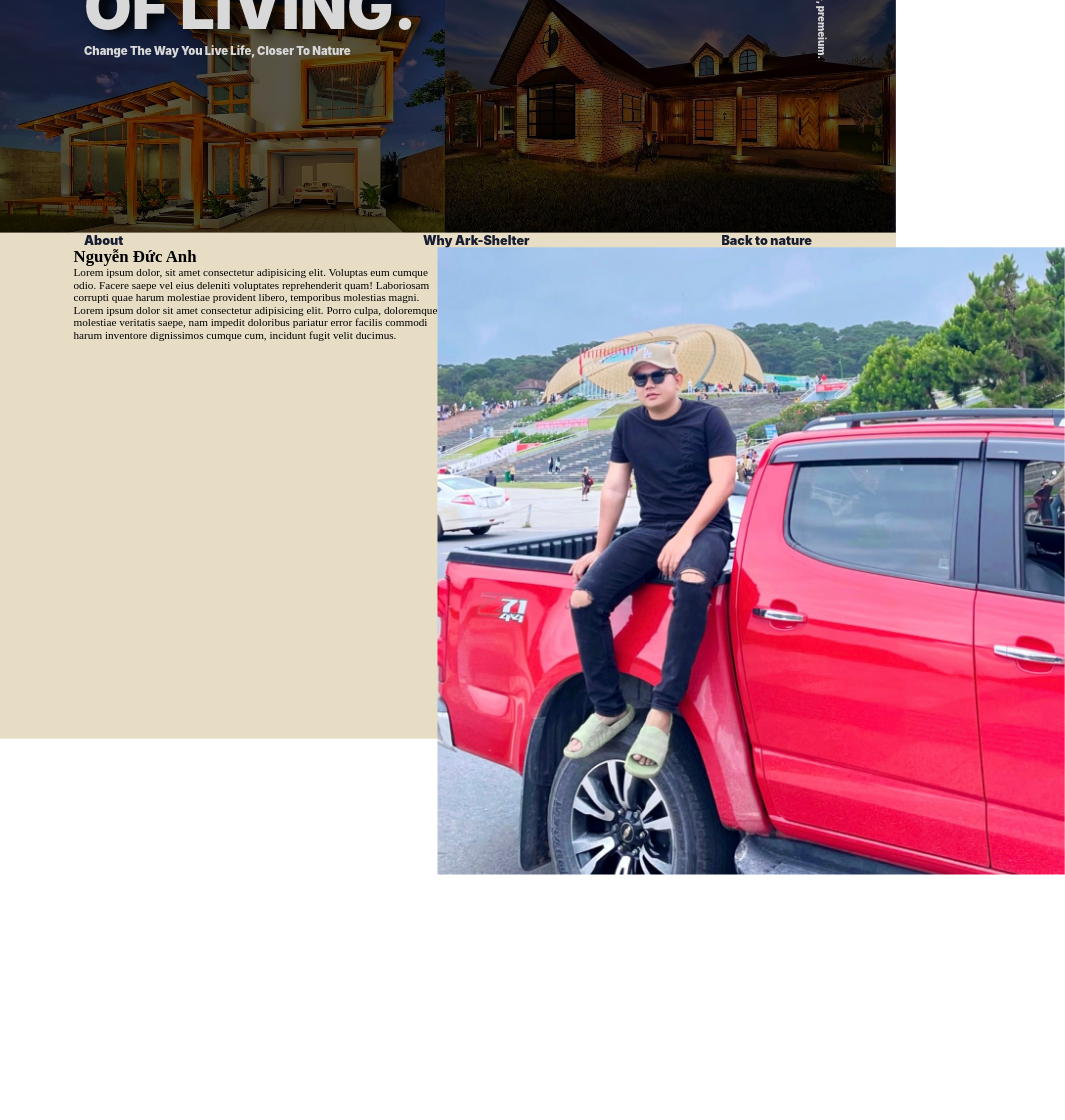
Repository: Ethanxcode/DucAnhNguyen
Page: index.html
The author's editor kept a copy of each file at every save. The page is drawn from the files as they stood at one save, then again after the next save.
The browser window is 1280 px wide. The page is 1521 px wide, so the pictures cover 1521 px, including what lies to the right of the window. The pictures show the part of the page from y = 386 to 1986 px (the page is 10000 px tall), at 70% of full size.

Above is the page before, as saved 2023-01-14 01:52:51.

After the next save:
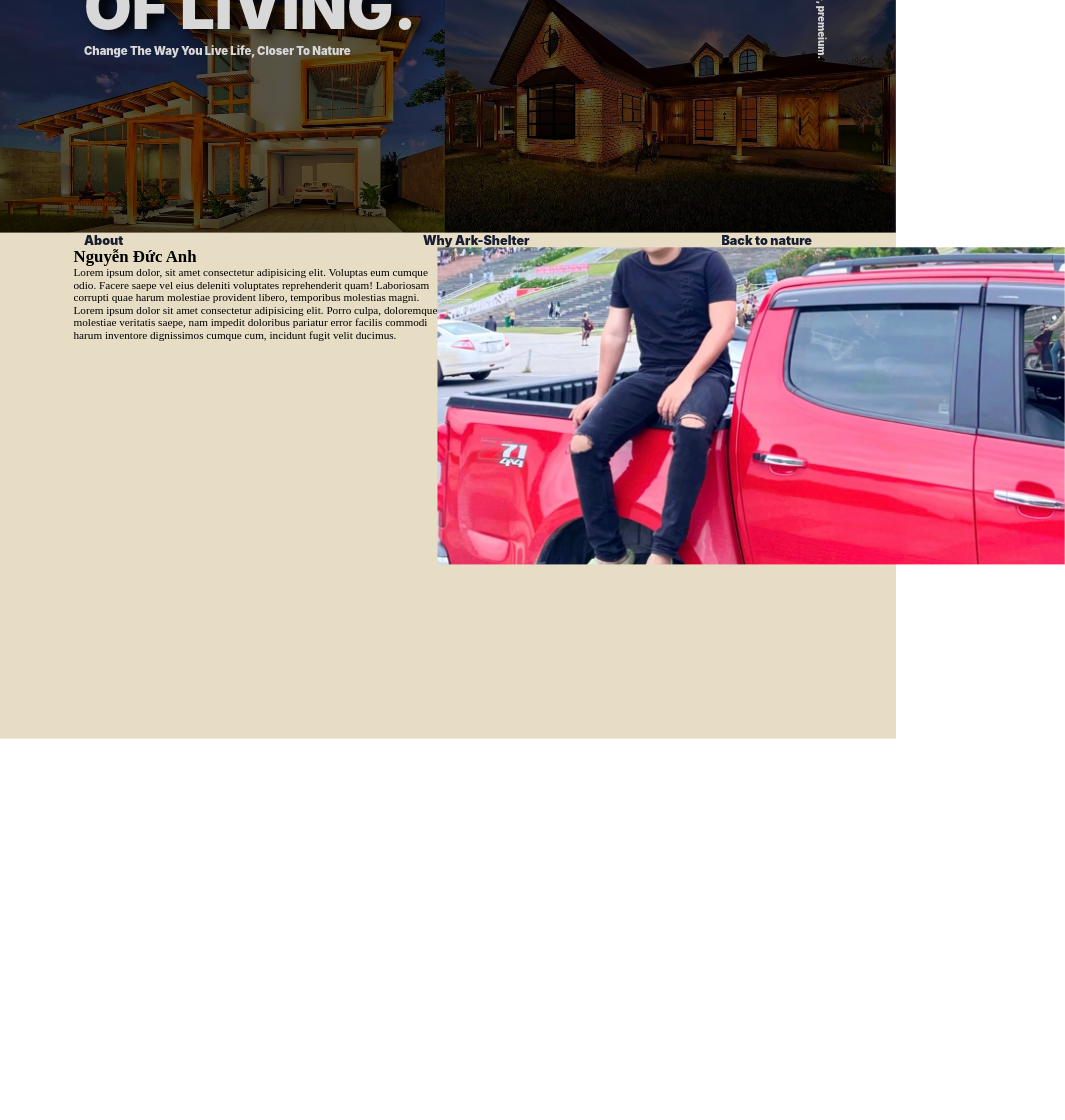
Saved 8 s later.
--- a/index.html
+++ b/index.html
@@ -91,7 +91,7 @@
 						<img
 							src="./Assets/P1.jpg"
 							alt=""
-							style="height: 896px; width: 896px; object-fit: cover"
+							style="height: 453px; width: 896px; object-fit: cover"
 						/>
 					</div>
 				</div>
